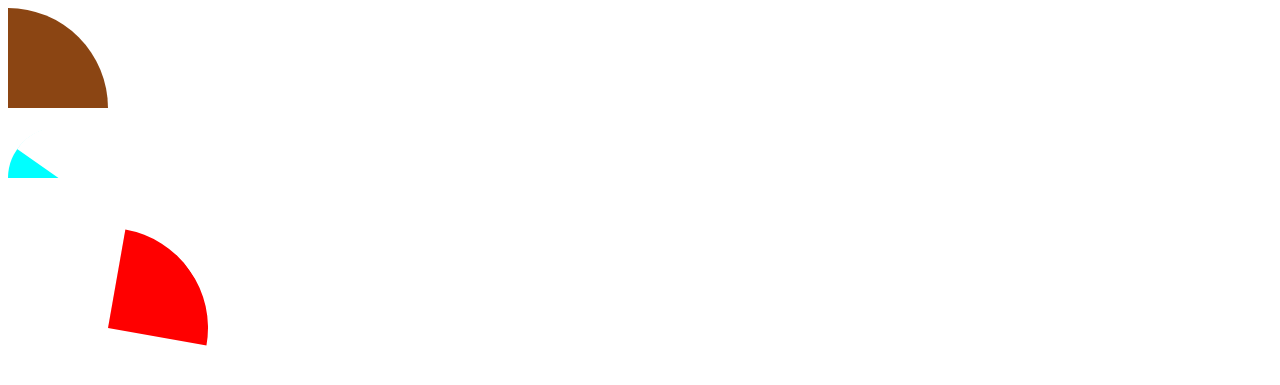
Repository: MMXiaohang/frontend-interview-coding
Page: 56.扇形.html
An editor plug-in stored every save of this project. The page is shown before and after the next save, followed by the edit.
The browser window is 1280 px wide. The pictures show the whole page.

Above is the page before, as saved 2022-08-14 10:30:47.

### 56.扇形.html
<!DOCTYPE html>
<html lang="en">
<head>
    <meta charset="UTF-8">
    <meta http-equiv="X-UA-Compatible" content="IE=edge">
    <meta name="viewport" content="width=device-width, initial-scale=1.0">
    <title>扇形</title>
    <style>
        #div{
            width: 100px;
            height: 100px;
            position: relative;
            background: transparent;
            overflow: hidden;
            /* transform: rotate(-45deg); */
        }

        #circle{
            position: absolute;
            right: 0;
            top: 0;
            width: 200px;
            height: 200px;
            border-radius: 50%;
            background-color: saddlebrown;
            overflow: hidden;
        }

        /* #d1{
            transform: skewX(145deg);
            transform-origin: 0 100%;
            position: absolute;
            right: 0;
            top: 0;
            background-color: skyblue;
            width: 100px;
            height: 100px;
        } */

        .container{
            width: 100px;
            height: 100px;
            margin-top: 20px;
            background-color: transparent;
        }

        .c1{
            width: 100px;
            height: 50px;
            background-color: aqua;
            border-radius: 50px 50px 0 0;
        }

        .c2{
            width: 101px;
            height: 51px;
            background-color: white;
            border-radius: 0 0 50px 50px;
            transform: rotate(-145deg);
            transform-origin: center top;
        }

        .semicircle{
            width: 0;
            height: 0;
            border: 100px solid red;
            border-radius: 50%;
            border-color: transparent transparent transparent red;
            transform: rotateZ(145deg);
            margin-bottom: 100px;
        }
    </style>
</head>
<body>
    <div id="div">
        <div id="circle">
            <div id="d1"></div>
        </div>
    </div>


    <div class="container">
        <div class="c1"></div>
        <div class="c2"></div>
    </div>

    <div class="semicircle"></div>
</body>
</html>

After the next save:
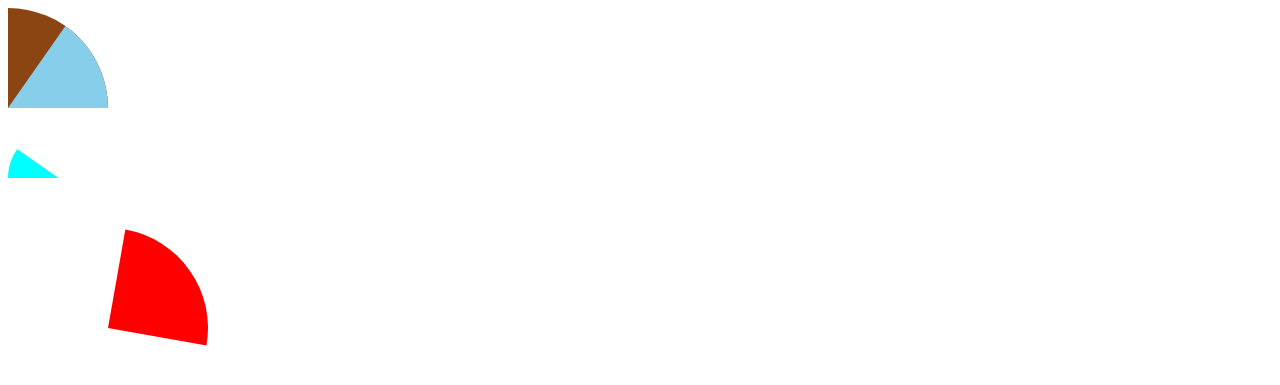
Saved 57 s later.
--- a/56.扇形.html
+++ b/56.扇形.html
@@ -26,7 +26,7 @@
             overflow: hidden;
         }
 
-        /* #d1{
+        #d1{
             transform: skewX(145deg);
             transform-origin: 0 100%;
             position: absolute;
@@ -35,7 +35,7 @@
             background-color: skyblue;
             width: 100px;
             height: 100px;
-        } */
+        }
 
         .container{
             width: 100px;
